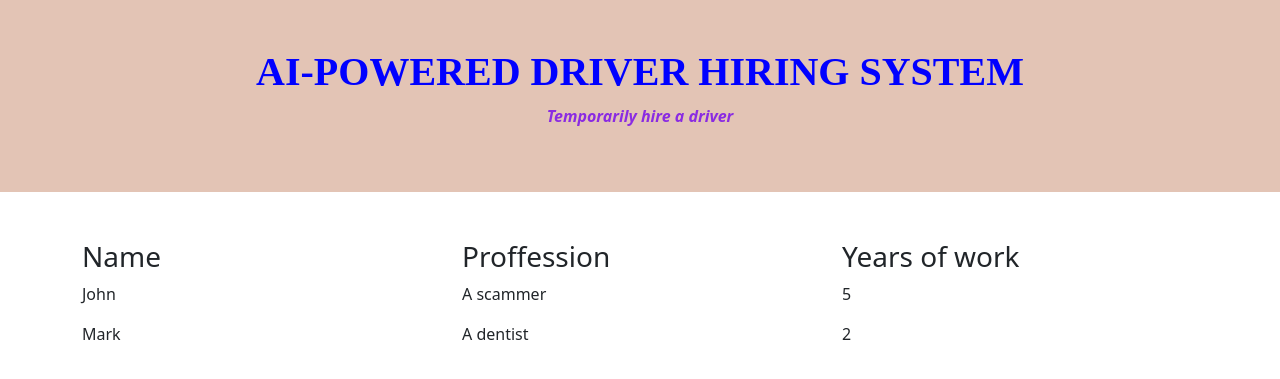
Repository: Wuda2000/AI-powered-Driver-hiring-system
Page: ONE.html
An editor plug-in stored every save of this project. The page is shown before and after the next save, followed by the edit.
The browser window is 1280 px wide. The pictures show the whole page.

Above is the page before, as saved 2024-12-23 22:35:54.

After the next save:
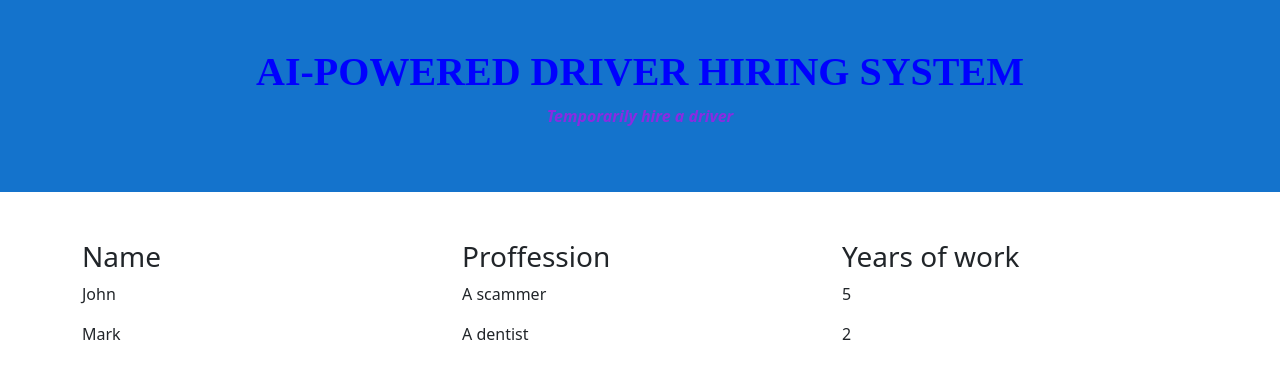
Saved 42 s later.
--- a/ONE.html
+++ b/ONE.html
@@ -10,7 +10,7 @@
 <body>
 
 
-    <div class="container-fluid p-5 text-white text-center" style="background-color:HSL(20 45% 80%);">
+    <div class="container-fluid p-5 text-white text-center" style="background-color:RGB(20 45% 80%);">
         <h1 style="color: blue; font-family:'Times New Roman', Times, serif; " ><b>AI-POWERED DRIVER HIRING SYSTEM</b></h1>
         <p style="color: blueviolet;font-style:italic;"><b>Temporarily hire a driver</b></p>
       </div>
